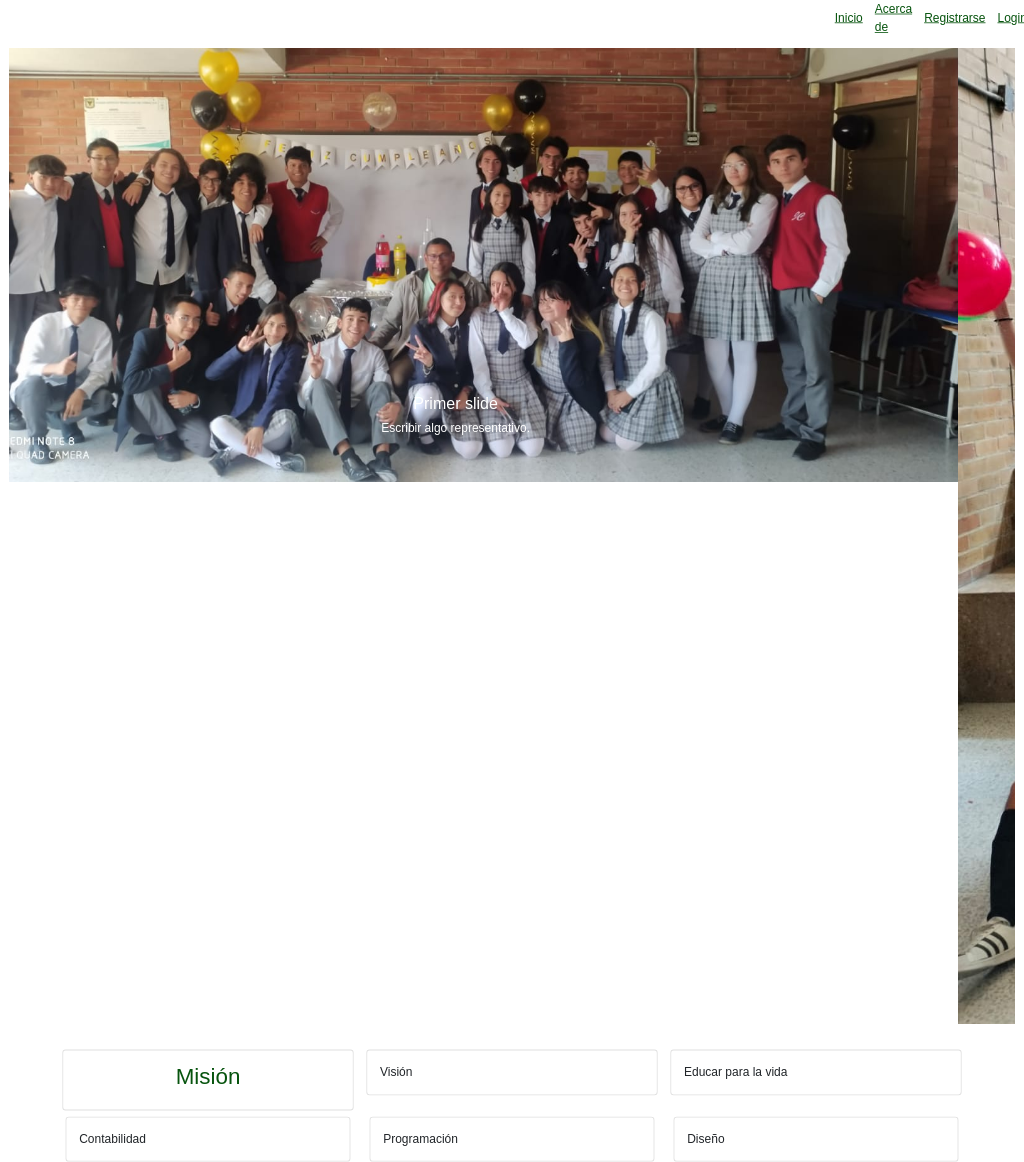
Repository: AntonnySant/webColegio
Page: index.html
These files come from the project's save history. The page is drawn as it stood at one moment and after the next save; the edit follows.
The browser window is 1280 px wide. The pictures show the whole page, at 80% of full size.

Above is the page before, as saved 2023-10-17 17:13:49.
Console error: TypeError: Cannot set properties of null (setting 'onclick')

### index.html
<!DOCTYPE html>
<html lang="en">

<head>
    <meta charset="UTF-8">
    <meta http-equiv="X-UA-Compatible" content="IE=edge">
    <meta name="viewport" content="width=device-width, initial-scale=1.0">
    <!-- Compiled and minified CSS -->
    <link href="https://cdn.jsdelivr.net/npm/bootstrap@5.0.2/dist/css/bootstrap.min.css" rel="stylesheet"
        integrity="sha384-EVSTQN3/azprG1Anm3QDgpJLIm9Nao0Yz1ztcQTwFspd3yD65VohhpuuCOmLASjC" crossorigin="anonymous">
    <link rel="stylesheet" type="text/css" href="./styles.css">

    <title>Document</title>
</head>

<body>
    <header class="header">
        <!-- <img src="https://juandelcorral.edu.co/wp-content/uploads/2023/03/escudo_2019_verde_fondo-670x1024.png"
            id="img_logo" alt="">
        <p>COLEGIO I.T.D. JUAN DEL CORRAL I.E.D.</p> -->
        <nav>
            <ul class="nav-right-section">
                <li><a href="#">Inicio</a></li>
                <li><a href="#">Acerca de</a></li>
                <li><a href="#">Registrarse</a>
                    <!-- <button id="openModal">Registrarse</button>
                    <div id="registrationModal" class="modal">
                        <div class="modal-content">
                            <span class="close" id="closeModal">&times;</span>
                            <h2>Registro</h2>
                            <form>
                                <label for="username">Nombre de usuario:</label>
                                <input type="text" id="username" name="username" required>
                                <label for="password">Contraseña:</label>
                                <input type="password" id="password" name="password" required>
                                <button type="submit">Registrarse</button>
                            </form>
                        </div>
                    </div> -->
                </li>
                <li><a href="#">Login</a>
                    <!-- <button id="openModalBtn">Iniciar sesión</button>
                    <div id="loginModal" class="modal">
                        <div class="modal-content">
                            <span class="close" id="closeModalBtn">&times;</span>
                            <h2>Iniciar sesión</h2>
                            <form>
                                <input type="text" placeholder="Usuario">
                                <input type="password" placeholder="Contraseña">
                                <button type="submit">Iniciar sesión</button>
                            </form>
                        </div>
                    </div> -->
                </li>
            </ul>
        </nav>
    </header>






    <div class="container-fluid">
        <!-- Carrosul dinamico con las 4 imagenes  -->
        <!-- <div class="container"> -->
        <div class="row py-4">
            <div id="carrusel" class="carousel slide" data-bs-ride="carousel">
                <div class="carousel-indicators">
                    <button type="button" data-bs-target="#carouselExampleCaptions" data-bs-slide-to="0" class="active"
                        aria-current="true" aria-label="Slide 1"></button>
                    <button type="button" data-bs-target="#carouselExampleCaptions" data-bs-slide-to="1"
                        aria-label="Slide 2"></button>
                    <button type="button" data-bs-target="#carouselExampleCaptions" data-bs-slide-to="2"
                        aria-label="Slide 3"></button>
                    <button type="button" data-bs-target="#carouselExampleCaptions" data-bs-slide-to="3"
                        aria-label="Slide 4"></button>
                </div>
                <div class="carousel-inner">
                    <div class="carousel-item active">
                        <img src="foto1.jpeg" class="d-block w-100 img-fluid" alt="...">
                        <div class="carousel-caption d-none d-md-block">
                            <h5>Primer slide</h5>
                            <p>Escribir algo representativo.</p>
                        </div>
                    </div>
                    <div class="carousel-item">
                        <img src="foto2.jpeg" class="d-block w-100 img-fluid" alt="...">
                        <div class="carousel-caption d-none d-md-block">
                            <h5>Segundo slide</h5>
                            <p>Escribir algo representativo.</p>
                        </div>
                    </div>

                    <div class="carousel-item">
                        <img src="foto3.jpeg" class="d-block w-100 img-fluid" alt="...">
                        <div class="carousel-caption d-none d-md-block">
                            <h5>Tercer slide</h5>
                            <p>Escribir algo representativo.</p>
                        </div>
                    </div>

                    <div class="carousel-item">
                        <img src="foto4.jpeg" class="d-block w-100 img-fluid" alt="...">
                        <div class="carousel-caption d-none d-md-block">
                            <h5>Cuarto slide</h5>
                            <p>Escribir algo representativo.</p>
                        </div>
                    </div>
                </div>
                <button class="carousel-control-prev" type="button" data-bs-target="#carouselExampleCaptions"
                    data-bs-slide="prev">
                    <span class="carousel-control-prev-icon" aria-hidden="true"></span>
                    <span class="visually-hidden">Previous</span>
                </button>
                <button class="carousel-control-next" type="button" data-bs-target="#carouselExampleCaptions"
                    data-bs-slide="next">
                    <span class="carousel-control-next-icon" aria-hidden="true"></span>
                    <span class="visually-hidden">Next</span>
                </button>
                <!-- </div> -->
            </div>
        </div>
        <!--Cierre carrusel-->

        <div class="container">
            <div class="row">
                <div class="col-xs-12 col-md-4 p-2">
                    <div class="card">
                        <div class="card-body">

                            <!-- Button trigger modal -->

                            <a href="#" data-bs-toggle="modal" data-bs-target="#exampleModal" class="btn-card">
                                <h3>Misión</h3>
                            </a>

                            <!-- Modal -->
                            <div class="modal fade" id="exampleModal" tabindex="-1" aria-labelledby="exampleModalLabel"
                                aria-hidden="true">
                                <div class="modal-dialog">
                                    <div class="modal-content">
                                        <div class="modal-header">
                                            <h5 class="modal-title" id="exampleModalLabel">Modal title</h5>
                                            <button type="button" class="btn-close" data-bs-dismiss="modal"
                                                aria-label="Close"></button>
                                        </div>
                                        <div class="modal-body">
                                            ...
                                        </div>
                                        <div class="modal-footer">
                                            <button type="button" class="btn btn-secondary"
                                                data-bs-dismiss="modal">Close</button>
                                            <button type="button" class="btn btn-primary">Save changes</button>
                                        </div>
                                    </div>
                                </div>
                            </div>
                        </div>

                    </div>
                </div>
                <div class="col-xs-12 col-md-4 p-2">
                    <div class="card">
                        <div class="card-body">
                            Visión
                            <div class="modal" tabindex="-1">
                                <div class="modal-dialog">
                                    <div class="modal-content">
                                        <div class="modal-header">
                                            <h5 class="modal-title">Modal title</h5>
                                            <button type="button" class="btn-close" data-bs-dismiss="modal"
                                                aria-label="Close"></button>
                                        </div>
                                        <div class="modal-body">
                                            <p>Modal body text goes here.</p>
                                        </div>
                                        <div class="modal-footer">
                                            <button type="button" class="btn btn-secondary"
                                                data-bs-dismiss="modal">Close</button>
                                            <button type="button" class="btn btn-primary">Save changes</button>
                                        </div>
                                    </div>
                                </div>
                            </div>
                        </div>
                    </div>
                </div>
                <div class="col-xs-12 col-md-4 p-2">
                    <div class="card">
                        <div class="card-body">
                            Educar para la vida
                        </div>
                    </div>
                </div>
            </div>
        </div>

        <div class="container">
            <div class="row">
                <div class="col">
                    <div class="card">
                        <div class="card-body">
                            Contabilidad
                        </div>
                    </div>
                </div>
                <div class="col">
                    <div class="card">
                        <div class="card-body">
                            Programación
                        </div>
                    </div>
                </div>
                <div class="col">
                    <div class="card">
                        <div class="card-body">
                            Diseño
                        </div>
                    </div>
                </div>
            </div>
        </div>
    </div>

    <!-- Compiled and minified JavaScript -->
    <script src="https://cdn.jsdelivr.net/npm/bootstrap@5.0.2/dist/js/bootstrap.bundle.min.js"
        integrity="sha384-MrcW6ZMFYlzcLA8Nl+NtUVF0sA7MsXsP1UyJoMp4YLEuNSfAP+JcXn/tWtIaxVXM" crossorigin="anonymous">
    </script>
    <script src="script.js"></script>
</body>

</html>

### styles.css
/* styles.css */
/* Estilos para el encabezado */
body {
    margin: 0;
    padding: 0;
    font-size: 15px;
    font-family: Arial, Helvetica, sans-serif;
}
.btn-card{
  text-align: center;
  text-decoration: none;
  color: #07540E;
}
.btn-card:hover{
  color: black;
}
.carousel-indicators{
  z-index: 1;
}
.header {
    position: fixed;
    /* top: 0;
    left: 0; */
    width: 100%;
    height: 60px;
    background-color: white;
    /* padding: 10px 0; */
    z-index: 1;
  }

  header nav {
    display: flex;
    justify-content: flex-end;
  }

  header nav .nav-right-section {
    width: 250px;
    height: auto;
    display: flex;
    list-style: none;
    justify-content: center;
    align-items: center;
  }

  nav .nav-right-section a {
    /* text-decoration: none; */
    margin-right: 15px;
    color: #07540E;
  }

  /* .header ul {
    list-style: none;
    margin: 0;
    padding: 0;
    float: right;
    margin: 15px;
  }

  .header ul li {
    display: flex;
    margin-right: 20px;
  }

  .header ul li:last-child {
    margin-right: 0;
  } */

  header p{
    margin-top: 15px;
    font-family: Arial, Helvetica, sans-serif;
    font-size: 36px;
    text-align: left;
    color: #07540E;

  }

  /* .content {
    margin-top: 60px;
  } */

  #carrusel {
    /* z-index: -2; */
  }

.modal {
    display: none;
    position: fixed;
    top: 0;
    left: 0;
    width: 100%;
    height: 100%;
    background-color: rgba(0,0,0,0.5);
  }

  .modal-content {
    background-color: #fff;
    margin: 10% auto;
    padding: 20px;
    width: 300px;
    box-shadow: 0 4px 8px 0 rgba(0,0,0,0.2);
  }
  .modal-backdrop{
    z-index: 0;
  }
  .close {
    float: right;
    font-size: 24px;
    cursor: pointer;
  }

  /* Estilos para el modal */
.modal {
    display: none;
    position: fixed;
    z-index: 1;
    left: 0;
    top: 0;
    width: 100%;
    height: 100%;
    background-color: rgba(0,0,0,0.7);
  }

  .modal-content {
    background-color: #fefefe;
    margin: 10% auto;
    padding: 20px;
    border: 1px solid #888;
    width: 50%;
  }

  .close {
    float: right;
    font-size: 20px;
    cursor: pointer;
  }

  /* Estilos para el botón "Registrarse" */
  #openModal {
    display: inline-block;
    padding: 10px 20px;
    background-color: #007bff;
    color: #fff;
    border: none;
    cursor: pointer;
  }

  /* Estilos para el formulario dentro del modal */
  form {
    display: flex;
    flex-direction: column;
  }

  label, input, button {
    margin: 5px 0;
  }

  img {
    height: 600px;
  }

  #img_logo {
    width: 120px;
    height: 140px;
    float: left;
    margin: 15px;
    margin-top: 10px;
  }


  /* Añade estilos adicionales según tu preferencia */

### script.js
// script.js
document.getElementById("openModalBtn").onclick = function() {
    document.getElementById("loginModal").style.display = "block";
  }

  document.getElementById("closeModalBtn").onclick = function() {
    document.getElementById("loginModal").style.display = "none";
  }

  window.onclick = function(event) {
    if (event.target === document.getElementById("loginModal")) {
      document.getElementById("loginModal").style.display = "none";
    }
  }


const openModalButton = document.getElementById("openModal");
const closeModalButton = document.getElementById("closeModal");
const registrationModal = document.getElementById("registrationModal");

openModalButton.addEventListener("click", () => {
  registrationModal.style.display = "block";
});

closeModalButton.addEventListener("click", () => {
  registrationModal.style.display = "none";
});

window.addEventListener("click", (event) => {
  if (event.target === registrationModal) {
    registrationModal.style.display = "none";
  }
});

var myModal = document.getElementById('myModal')
var myInput = document.getElementById('myInput')

myModal.addEventListener('shown.bs.modal', function () {
  myInput.focus()
})

After the next save:
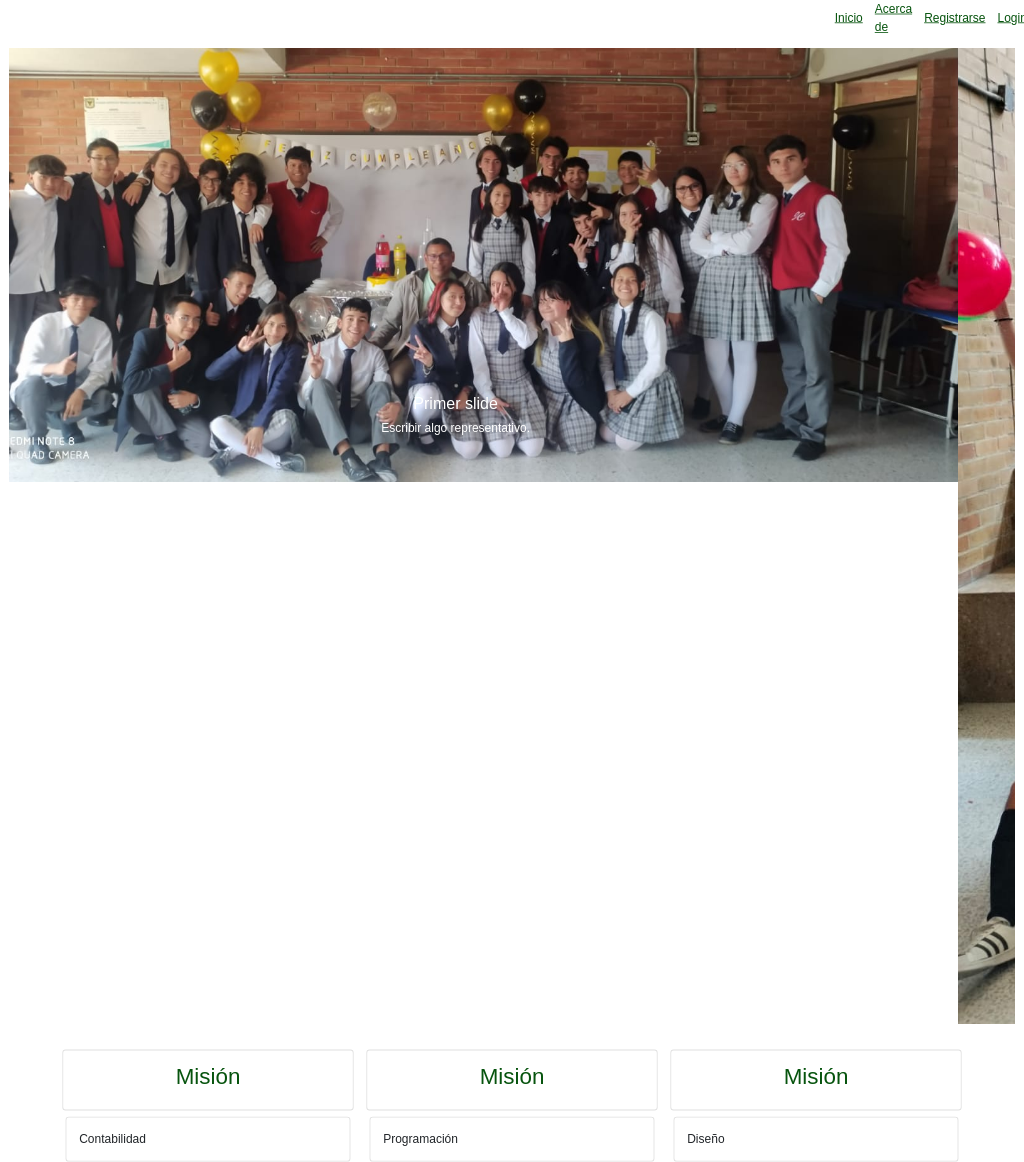
Saved 40 s later.
--- a/index.html
+++ b/index.html
@@ -163,17 +163,25 @@
                 <div class="col-xs-12 col-md-4 p-2">
                     <div class="card">
                         <div class="card-body">
-                            Visión
-                            <div class="modal" tabindex="-1">
+
+                            <!-- Button trigger modal -->
+
+                            <a href="#" data-bs-toggle="modal" data-bs-target="#exampleModal" class="btn-card">
+                                <h3>Misión</h3>
+                            </a>
+
+                            <!-- Modal -->
+                            <div class="modal fade" id="exampleModal" tabindex="-1" aria-labelledby="exampleModalLabel"
+                                aria-hidden="true">
                                 <div class="modal-dialog">
                                     <div class="modal-content">
                                         <div class="modal-header">
-                                            <h5 class="modal-title">Modal title</h5>
+                                            <h5 class="modal-title" id="exampleModalLabel">Modal title</h5>
                                             <button type="button" class="btn-close" data-bs-dismiss="modal"
                                                 aria-label="Close"></button>
                                         </div>
                                         <div class="modal-body">
-                                            <p>Modal body text goes here.</p>
+                                            ...
                                         </div>
                                         <div class="modal-footer">
                                             <button type="button" class="btn btn-secondary"
@@ -184,13 +192,42 @@
                                 </div>
                             </div>
                         </div>
+
                     </div>
                 </div>
                 <div class="col-xs-12 col-md-4 p-2">
                     <div class="card">
                         <div class="card-body">
-                            Educar para la vida
-                        </div>
+
+                            <!-- Button trigger modal -->
+
+                            <a href="#" data-bs-toggle="modal" data-bs-target="#exampleModal" class="btn-card">
+                                <h3>Misión</h3>
+                            </a>
+
+                            <!-- Modal -->
+                            <div class="modal fade" id="exampleModal" tabindex="-1" aria-labelledby="exampleModalLabel"
+                                aria-hidden="true">
+                                <div class="modal-dialog">
+                                    <div class="modal-content">
+                                        <div class="modal-header">
+                                            <h5 class="modal-title" id="exampleModalLabel">Modal title</h5>
+                                            <button type="button" class="btn-close" data-bs-dismiss="modal"
+                                                aria-label="Close"></button>
+                                        </div>
+                                        <div class="modal-body">
+                                            ...
+                                        </div>
+                                        <div class="modal-footer">
+                                            <button type="button" class="btn btn-secondary"
+                                                data-bs-dismiss="modal">Close</button>
+                                            <button type="button" class="btn btn-primary">Save changes</button>
+                                        </div>
+                                    </div>
+                                </div>
+                            </div>
+                        </div>
+
                     </div>
                 </div>
             </div>
